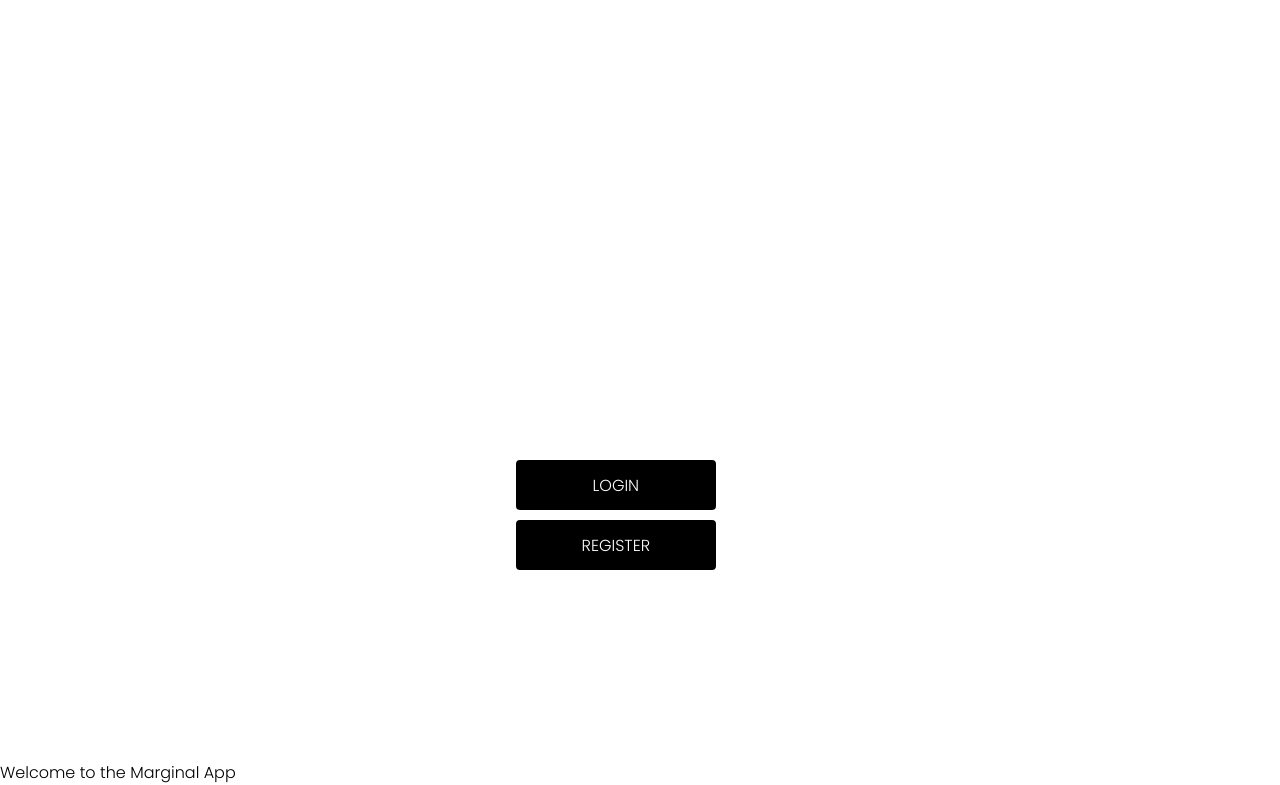
Repository: vu9ar/vu9ar.github.io
Page: WelcomePage/welcome.html
The author's editor kept a copy of each file at every save. The page is drawn from the files as they stood at one save, then again after the next save.
The browser window is 1280 px wide. The pictures show the whole page.

Above is the page before, as saved 2022-03-27 19:33:14.

After the next save:
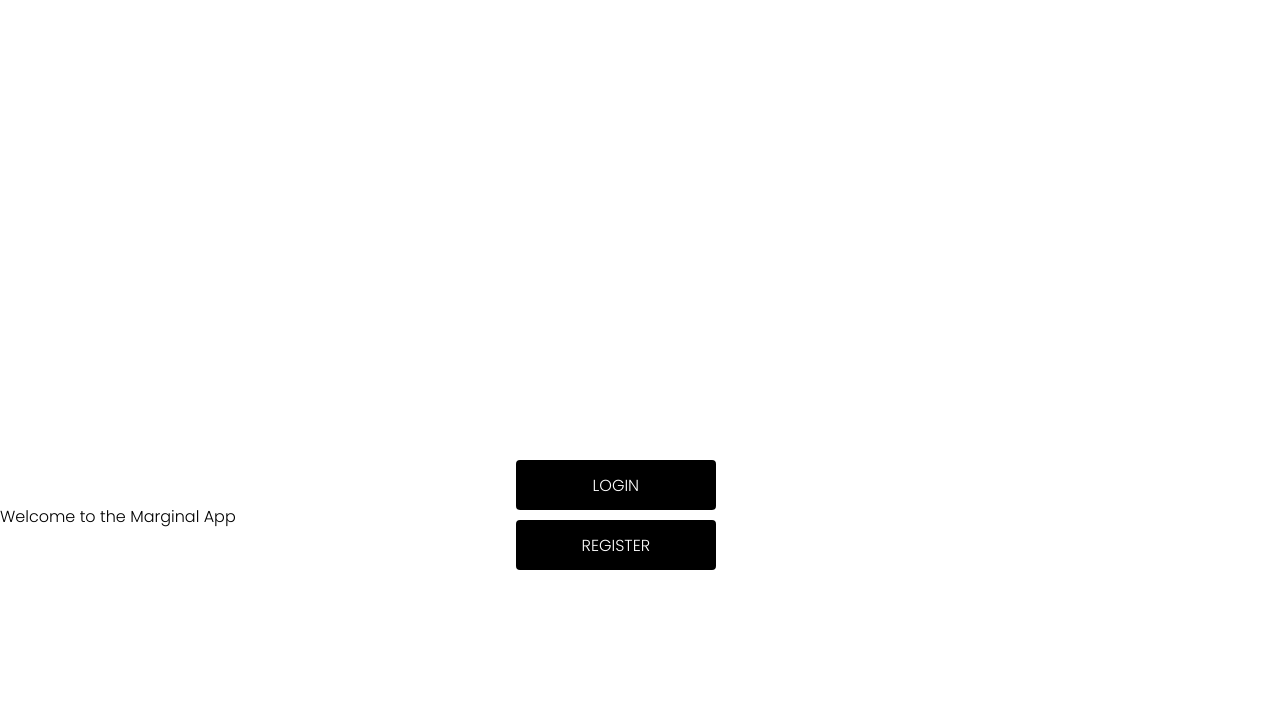
Saved 10 s later.
--- a/WelcomePage/style.css
+++ b/WelcomePage/style.css
@@ -92,5 +92,5 @@
 }
 
 .headerWelcome {
-    margin-top: 50%;
+    margin-top: 30%;
 }
